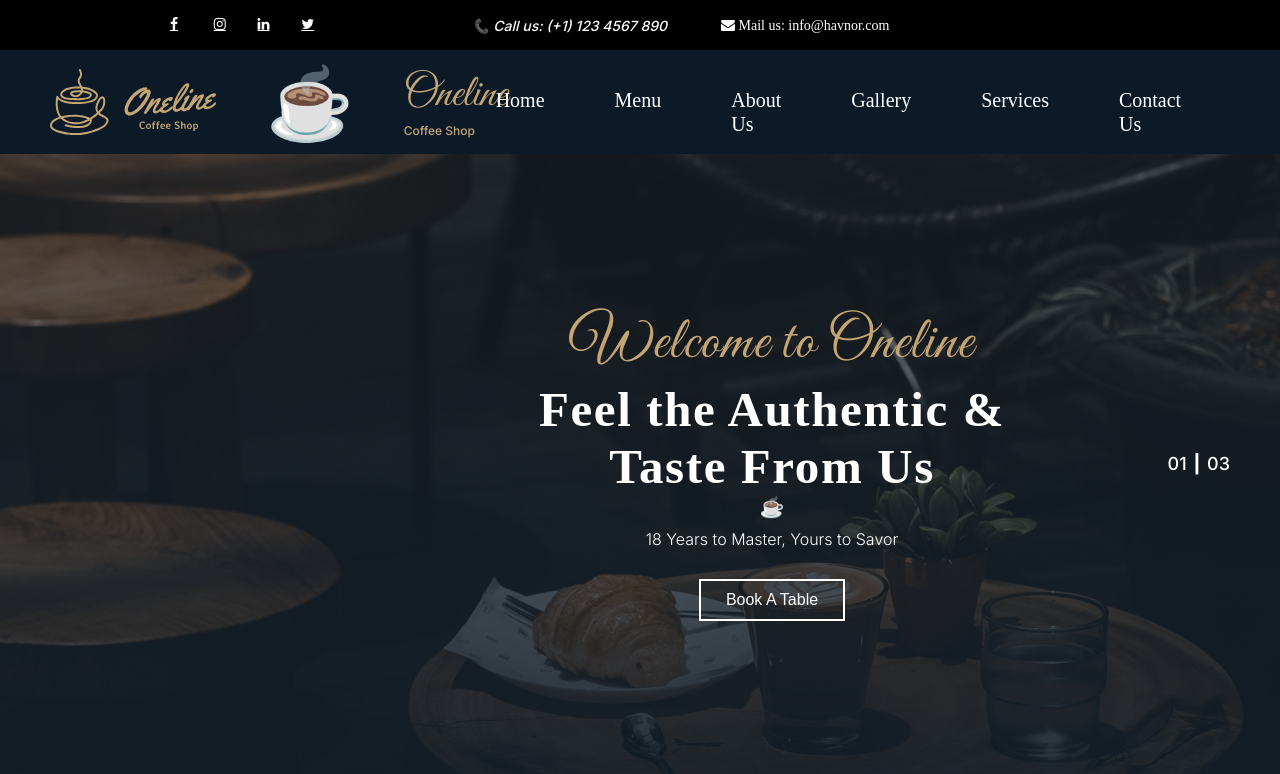
Repository: abhayzulasana/Online-Coffee-Shop
Page: index.html
These files come from the project's save history. The page is drawn as it stood at one moment and after a run of saves; the edit follows.
The browser window is 1280 px wide. The pictures show the whole page.

Above is the page before, as saved 2025-05-14 10:04:22.

After the next 2 saves:
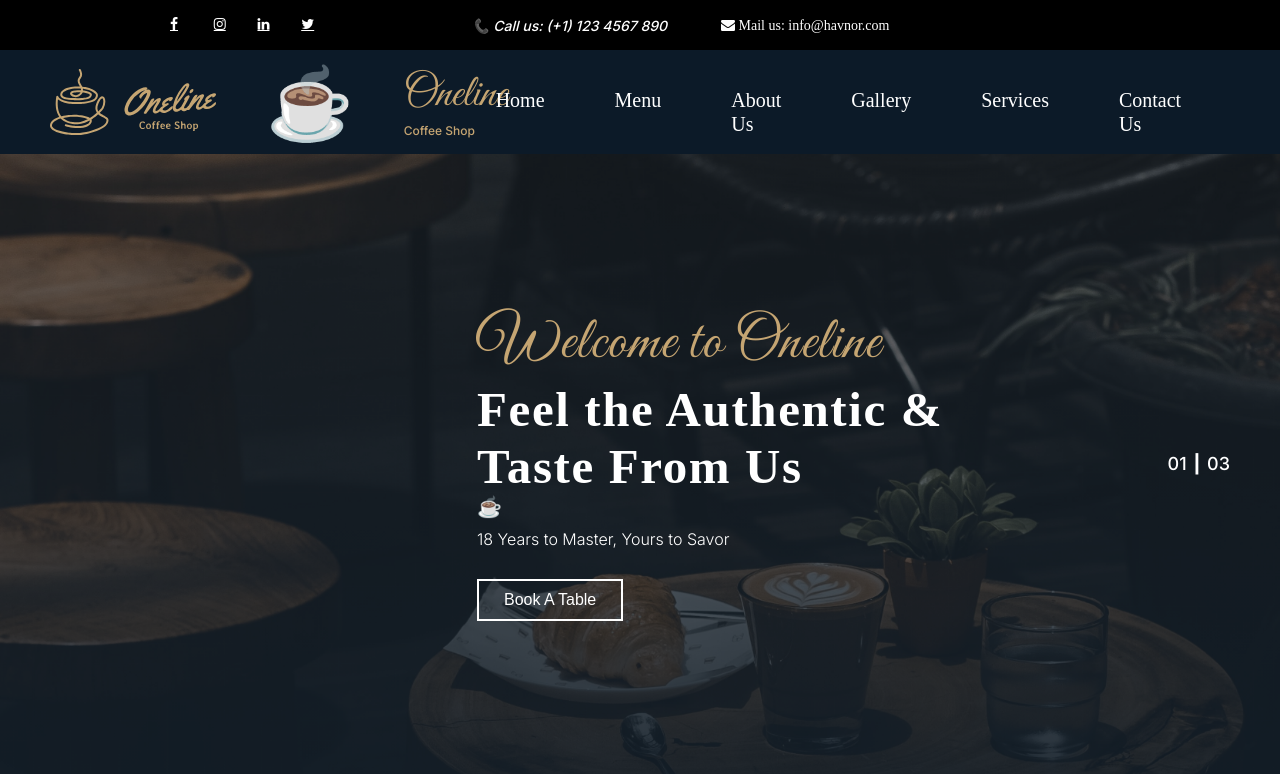
The 2 saves are shown as one change because they came seconds apart.
The last was saved 9 s later.
--- a/index.html
+++ b/index.html
@@ -45,14 +45,12 @@
 
   <section class="hero">
     <div class="hero-content">
-<center>
       <h2>Welcome to Oneline</h2>
       <h1>Feel the Authentic & Taste From Us</h1>
       <div class="divider">☕</div>
       <p>18 Years to Master, Yours to Savor</p>
       <button>Book A Table</button>
     </div>
-  </center>
     <div class="scroll-number">
       <span>01</span>
       <span>┃</span>

After the 2 saves that followed:
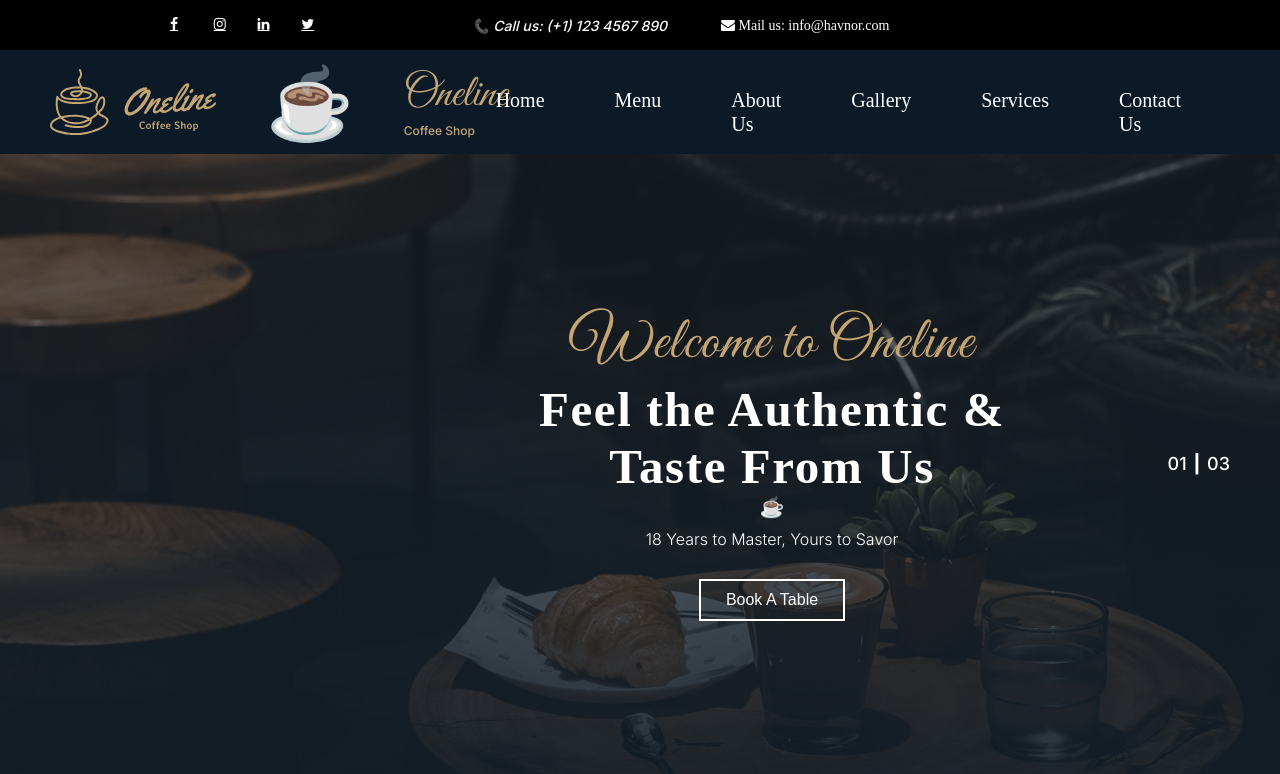
The 2 saves are shown as one change because they came seconds apart.
The last was saved 8 s later.
--- a/index.html
+++ b/index.html
@@ -45,12 +45,14 @@
 
   <section class="hero">
     <div class="hero-content">
+<center>
       <h2>Welcome to Oneline</h2>
       <h1>Feel the Authentic & Taste From Us</h1>
       <div class="divider">☕</div>
       <p>18 Years to Master, Yours to Savor</p>
       <button>Book A Table</button>
     </div>
+  </center>
     <div class="scroll-number">
       <span>01</span>
       <span>┃</span>
